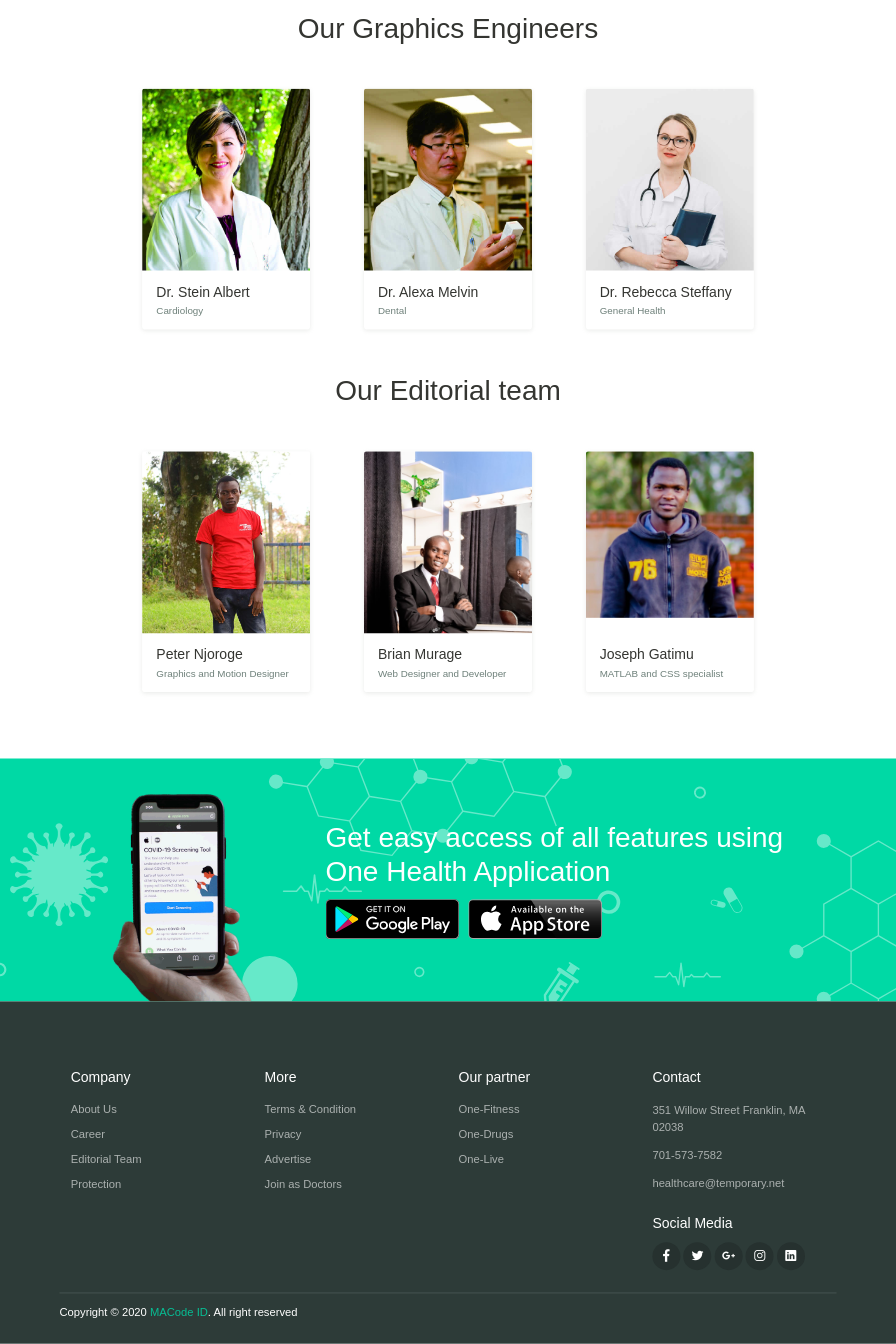
Repository: profbkmurage/myWeb
Page: html/about.html
An editor plug-in stored every save of this project. The page is shown before and after the next save, followed by the edit.
The browser window is 1280 px wide. The pictures show the part of the page from y = 1851 to 3771 px (the page is 3771 px tall before and 3424 px after), at 70% of full size.

Above is the page before, as saved 2023-12-11 13:58:09.

### html/about.html
<!DOCTYPE html>
<html lang="en">
<head>
  <meta charset="UTF-8">
  <meta name="viewport" content="width=device-width, initial-scale=1.0">

  <meta http-equiv="X-UA-Compatible" content="ie=edge">

  <title>M&M Website</title>

  <link rel="stylesheet" href="../assets/css/maicons.css">

  <link rel="stylesheet" href="../assets/css/bootstrap.css">

  <link rel="stylesheet" href="../assets/vendor/owl-carousel/css/owl.carousel.css">

  <link rel="stylesheet" href="../assets/vendor/animate/animate.css">

  <link rel="stylesheet" href="../assets/css/theme.css">
</head>
<body>

  <!-- Back to top button -->
  <div class="back-to-top"></div>

  <header>
    <div class="topbar">
      <div class="container">
        <div class="row">
          <div class="col-sm-8 text-sm">
            <div class="site-info">
              <a href="tel:0745755893" ><span class="mai-call text-primary"></span> +254745755893</a>
              <span class="divider">|</span>
              <a href="#"><span class="mai-mail text-primary"></span> pnjoroge@gmail.com</a>
            </div>
          </div>
          <div class="col-sm-4 text-right text-sm">
            <div class="social-mini-button">
              <a href="#"><span class="mai-logo-facebook-f"></span></a>
              <a href="#"><span class="mai-logo-twitter"></span></a>
              <a href="#"><span class="mai-logo-dribbble"></span></a>
              <a href="#"><span class="mai-logo-instagram"></span></a>
            </div>
          </div>
        </div> <!-- .row -->
      </div> <!-- .container -->
    </div> <!-- .topbar -->

    <nav class="navbar navbar-expand-lg navbar-light shadow-sm">
      <div class="container">
        <a class="navbar-brand" href="#"><span class="text-primary">P And</span> Associates Media</a>

        <!-- <form action="#">
          <div class="input-group input-navbar">
            <div class="input-group-prepend">
              <span class="input-group-text" id="icon-addon1"><span class="mai-search"></span></span>
            </div>
            <input type="text" class="form-control" placeholder="Enter keyword.." aria-label="Username" aria-describedby="icon-addon1">
          </div>
        </form> -->

        <button class="navbar-toggler" type="button" data-toggle="collapse" data-target="#navbarSupport" aria-controls="navbarSupport" aria-expanded="false" aria-label="Toggle navigation">
          <span class="navbar-toggler-icon"></span>
        </button>

        <div class="collapse navbar-collapse" id="navbarSupport">
          <ul class="navbar-nav ml-auto">
            <li class="nav-item active">
              <a class="nav-link" href="index.html">Home</a>
            </li>
            <li class="nav-item">
              <a class="nav-link" href="about.html">About Us</a>
            </li>
            <li class="nav-item">
              <a class="nav-link" href="work.html">Our work</a>
            </li>
            <li class="nav-item">
              <a class="nav-link" href="blog.html">News</a>
            </li>
            <li class="nav-item">
              <a class="nav-link" href="contact.html">Contact</a>
            </li>
            <!-- <li class="nav-item">
              <a class="btn btn-primary ml-lg-3" href="#">Login / Register</a>
            </li> -->
          </ul>
        </div> <!-- .navbar-collapse -->
      </div> <!-- .container -->
    </nav>
  </header>

  <div class="page-banner overlay-dark bg-image" style="background-image: url(../assets/img/bg_image_1.jpg);">
    <div class="banner-section">
      <div class="container text-center wow fadeInUp">
        <nav aria-label="Breadcrumb">
          <ol class="breadcrumb breadcrumb-dark bg-transparent justify-content-center py-0 mb-2">
            <li class="breadcrumb-item"><a href="index.html">Home</a></li>
            <li class="breadcrumb-item active" aria-current="page">About</li>
          </ol>
        </nav>
        <h1 class="font-weight-normal">About Us</h1>
      </div> <!-- .container -->
    </div> <!-- .banner-section -->
  </div> <!-- .page-banner -->

    <div class="page-section bg-light py-3 mt-md-n5 custom-index">
      <div class="container">
        <div class="row justify-content-center">
          <div class="col-md-4 py-3 py-md-0">
            <div class="card-service wow fadeInUp">
              <div class="circle-shape bg-secondary text-white">
                <span class="mai-chatbubbles-outline"></span>
              </div>
              <p><span>Chat</span> with a designers</p>
            </div>
          </div>
          <div class="col-md-4 py-3 py-md-0">
            <div class="card-service wow fadeInUp">
              <div class="circle-shape bg-primary text-white">
                <span class="mai-shield-checkmark"></span>
              </div>
              <p><span>Make</span>-your orders now</p>
            </div>
          </div>
          <div class="col-md-4 py-3 py-md-0">
            <div class="card-service wow fadeInUp">
              <div class="circle-shape bg-accent text-white">
                <span class="mai-basket"></span>
              </div>
              <p><span>you ask</span>-we deliver</p>
            </div>
          </div>
        </div>
      </div>
    </div> <!-- .page-section -->

  <div class="page-section">
    <div class="container">
      <div class="row justify-content-center">
        <div class="col-lg-10 wow fadeInUp">
          <h1 class="text-center mb-3">Who are we?</h1>
          <div class="text-lg">
            <p>Lorem ipsum dolor sit amet consectetur adipisicing elit. Nesciunt neque sit, explicabo vero nulla animi nemo quae cumque, eaque pariatur eum ut maxime! Tenetur aperiam maxime iure explicabo aut consequuntur. Lorem ipsum dolor sit amet consectetur adipisicing elit. Nesciunt neque sit, explicabo vero nulla animi nemo quae cumque, eaque pariatur eum ut maxime! Tenetur aperiam maxime iure explicabo aut consequuntur.</p>
            <p>Expedita iusto sunt beatae esse id nihil voluptates magni, excepturi distinctio impedit illo, incidunt iure facilis atque, inventore reprehenderit quidem aliquid recusandae. Lorem ipsum dolor sit amet consectetur adipisicing elit. Laudantium quod ad sequi atque accusamus deleniti placeat dignissimos illum nulla voluptatibus vel optio, molestiae dolore velit iste maxime, nobis odio molestias!</p>
          </div>
        </div>
        <div class="col-lg-10 wow fadeInUp">
          <h1 class="text-center mb-3">where we began</h1>
          <div class="text-lg">
            <p>Lorem ipsum dolor sit amet consectetur adipisicing elit. Nesciunt neque sit, explicabo vero nulla animi nemo quae cumque, eaque pariatur eum ut maxime! Tenetur aperiam maxime iure explicabo aut consequuntur. Lorem ipsum dolor sit amet consectetur adipisicing elit. Nesciunt neque sit, explicabo vero nulla animi nemo quae cumque, eaque pariatur eum ut maxime! Tenetur aperiam maxime iure explicabo aut consequuntur.</p>
            <p>Expedita iusto sunt beatae esse id nihil voluptates magni, excepturi distinctio impedit illo, incidunt iure facilis atque, inventore reprehenderit quidem aliquid recusandae. Lorem ipsum dolor sit amet consectetur adipisicing elit. Laudantium quod ad sequi atque accusamus deleniti placeat dignissimos illum nulla voluptatibus vel optio, molestiae dolore velit iste maxime, nobis odio molestias!</p>
          </div>
        </div>
        <div class="col-lg-10 wow fadeInUp">
          <h1 class="text-center mb-3">what we do</h1>
          <div class="text-lg">
            <p>Lorem ipsum dolor sit amet consectetur adipisicing elit. Nesciunt neque sit, explicabo vero nulla animi nemo quae cumque, eaque pariatur eum ut maxime! Tenetur aperiam maxime iure explicabo aut consequuntur. Lorem ipsum dolor sit amet consectetur adipisicing elit. Nesciunt neque sit, explicabo vero nulla animi nemo quae cumque, eaque pariatur eum ut maxime! Tenetur aperiam maxime iure explicabo aut consequuntur.</p>
            <p>Expedita iusto sunt beatae esse id nihil voluptates magni, excepturi distinctio impedit illo, incidunt iure facilis atque, inventore reprehenderit quidem aliquid recusandae. Lorem ipsum dolor sit amet consectetur adipisicing elit. Laudantium quod ad sequi atque accusamus deleniti placeat dignissimos illum nulla voluptatibus vel optio, molestiae dolore velit iste maxime, nobis odio molestias!</p>
          </div>
        </div>
        <div class="col-lg-10 wow fadeInUp">
          <h1 class="text-center mb-3">Why us</h1>
          <div class="text-lg">
            <p>Lorem ipsum dolor sit amet consectetur adipisicing elit. Nesciunt neque sit, explicabo vero nulla animi nemo quae cumque, eaque pariatur eum ut maxime! Tenetur aperiam maxime iure explicabo aut consequuntur. Lorem ipsum dolor sit amet consectetur adipisicing elit. Nesciunt neque sit, explicabo vero nulla animi nemo quae cumque, eaque pariatur eum ut maxime! Tenetur aperiam maxime iure explicabo aut consequuntur.</p>
            <p>Expedita iusto sunt beatae esse id nihil voluptates magni, excepturi distinctio impedit illo, incidunt iure facilis atque, inventore reprehenderit quidem aliquid recusandae. Lorem ipsum dolor sit amet consectetur adipisicing elit. Laudantium quod ad sequi atque accusamus deleniti placeat dignissimos illum nulla voluptatibus vel optio, molestiae dolore velit iste maxime, nobis odio molestias!</p>
          </div>
        </div>
        <div class="col-lg-10 mt-5">
          <h1 class="text-center mb-5 wow fadeInUp">Our Graphics Engineers</h1>
          <div class="row justify-content-center">
            <div class="col-md-6 col-lg-4 wow zoomIn">
              <div class="card-doctor">
                <div class="header">
                  <img src="../assets/img/doctors/doctor_1.jpg" alt="">
                  <div class="meta">
                    <a href="#"><span class="mai-call"></span></a>
                    <a href="#"><span class="mai-logo-whatsapp"></span></a>
                  </div>
                </div>
                <div class="body">
                  <p class="text-xl mb-0">Dr. Stein Albert</p>
                  <span class="text-sm text-grey">Cardiology</span>
                </div>
              </div>
            </div>
            <div class="col-md-6 col-lg-4 wow zoomIn">
              <div class="card-doctor">
                <div class="header">
                  <img src="../assets/img/doctors/doctor_2.jpg" alt="">
                  <div class="meta">
                    <a href="#"><span class="mai-call"></span></a>
                    <a href="#"><span class="mai-logo-whatsapp"></span></a>
                  </div>
                </div>
                <div class="body">
                  <p class="text-xl mb-0">Dr. Alexa Melvin</p>
                  <span class="text-sm text-grey">Dental</span>
                </div>
              </div>
            </div>
            <div class="col-md-6 col-lg-4 wow zoomIn">
              <div class="card-doctor">
                <div class="header">
                  <img src="../assets/img/doctors/doctor_3.jpg" alt="">
                  <div class="meta">
                    <a href="#"><span class="mai-call"></span></a>
                    <a href="#"><span class="mai-logo-whatsapp"></span></a>
                  </div>
                </div>
                <div class="body">
                  <p class="text-xl mb-0">Dr. Rebecca Steffany</p>
                  <span class="text-sm text-grey">General Health</span>
                </div>
              </div>
            </div>

          </div>
        </div>
        <div class="col-lg-10 mt-5">
          <h1 class="text-center mb-5 wow fadeInUp">Our Editorial team</h1>
          <div class="row justify-content-center">
            <div class="col-md-6 col-lg-4 wow zoomIn">
              <div class="card-doctor">
                <div class="header">
                  <img src="../assets/img/peter.jpg" alt="">
                  <div class="meta">
                    <a href="#"><span class="mai-call"></span></a>
                    <a href="#"><span class="mai-logo-whatsapp"></span></a>
                  </div>
                </div>
                <div class="body">
                  <p class="text-xl mb-0">Peter Njoroge</p>
                  <span class="text-sm text-grey">Graphics and Motion Designer</span>
                </div>
              </div>
            </div>
            <div class="col-md-6 col-lg-4 wow zoomIn">
              <div class="card-doctor">
                <div class="header">
                  <img src="../assets/img/IMG-20211219-WA0004.jpg" alt="">
                  <div class="meta">
                    <a href="#"><span class="mai-call"></span></a>
                    <a href="#"><span class="mai-logo-whatsapp"></span></a>
                  </div>
                </div>
                <div class="body">
                  <p class="text-xl mb-0">Brian Murage</p>
                  <span class="text-sm text-grey">Web Designer and Developer</span>
                </div>
              </div>
            </div>
            <div class="col-md-6 col-lg-4 wow zoomIn">
              <div class="card-doctor">
                <div class="header">
                  <img src="../assets/img/Joseph.jpg" alt="">
                  <div class="meta">
                    <a href="#"><span class="mai-call"></span></a>
                    <a href="#"><span class="mai-logo-whatsapp"></span></a>
                  </div>
                </div>
                <div class="body">
                  <p class="text-xl mb-0">Joseph Gatimu</p>
                  <span class="text-sm text-grey">MATLAB and CSS specialist</span>
                </div>
              </div>
            </div>
          </div>
        </div>
      </div>
    </div>
  </div>

  <div class="page-section banner-home bg-image" style="background-image: url(../assets/img/banner-pattern.svg);">
    <div class="container py-5 py-lg-0">
      <div class="row align-items-center">
        <div class="col-lg-4 wow zoomIn">
          <div class="img-banner d-none d-lg-block">
            <img src="../assets/img/mobile_app.png" alt="">
          </div>
        </div>
        <div class="col-lg-8 wow fadeInRight">
          <h1 class="font-weight-normal mb-3">Get easy access of all features using One Health Application</h1>
          <a href="#"><img src="../assets/img/google_play.svg" alt=""></a>
          <a href="#" class="ml-2"><img src="../assets/img/app_store.svg" alt=""></a>
        </div>
      </div>
    </div>
  </div> <!-- .banner-home -->

  <footer class="page-footer">
    <div class="container">
      <div class="row px-md-3">
        <div class="col-sm-6 col-lg-3 py-3">
          <h5>Company</h5>
          <ul class="footer-menu">
            <li><a href="#">About Us</a></li>
            <li><a href="#">Career</a></li>
            <li><a href="#">Editorial Team</a></li>
            <li><a href="#">Protection</a></li>
          </ul>
        </div>
        <div class="col-sm-6 col-lg-3 py-3">
          <h5>More</h5>
          <ul class="footer-menu">
            <li><a href="#">Terms & Condition</a></li>
            <li><a href="#">Privacy</a></li>
            <li><a href="#">Advertise</a></li>
            <li><a href="#">Join as Doctors</a></li>
          </ul>
        </div>
        <div class="col-sm-6 col-lg-3 py-3">
          <h5>Our partner</h5>
          <ul class="footer-menu">
            <li><a href="#">One-Fitness</a></li>
            <li><a href="#">One-Drugs</a></li>
            <li><a href="#">One-Live</a></li>
          </ul>
        </div>
        <div class="col-sm-6 col-lg-3 py-3">
          <h5>Contact</h5>
          <p class="footer-link mt-2">351 Willow Street Franklin, MA 02038</p>
          <a href="#" class="footer-link">701-573-7582</a>
          <a href="#" class="footer-link">healthcare@temporary.net</a>

          <h5 class="mt-3">Social Media</h5>
          <div class="footer-sosmed mt-3">
            <a href="#" target="_blank"><span class="mai-logo-facebook-f"></span></a>
            <a href="#" target="_blank"><span class="mai-logo-twitter"></span></a>
            <a href="#" target="_blank"><span class="mai-logo-google-plus-g"></span></a>
            <a href="#" target="_blank"><span class="mai-logo-instagram"></span></a>
            <a href="#" target="_blank"><span class="mai-logo-linkedin"></span></a>
          </div>
        </div>
      </div>

      <hr>

      <p id="copyright">Copyright &copy; 2020 <a href="https://macodeid.com/" target="_blank">MACode ID</a>. All right reserved</p>
    </div>
  </footer>

<script src="../assets/js/jquery-3.5.1.min.js"></script>

<script src="../assets/js/bootstrap.bundle.min.js"></script>

<script src="../assets/vendor/owl-carousel/js/owl.carousel.min.js"></script>

<script src="../assets/vendor/wow/wow.min.js"></script>

<script src="../assets/js/theme.js"></script>

</body>
</html>

Loaded but not shown: assets/css/bootstrap.css (library); assets/vendor/owl-carousel/css/owl.carousel.css (library); assets/vendor/animate/animate.css (library); assets/js/jquery-3.5.1.min.js (library); assets/js/bootstrap.bundle.min.js (library); assets/vendor/owl-carousel/js/owl.carousel.min.js (library); assets/vendor/wow/wow.min.js (library); assets/js/theme.js (65 lines, source omitted); assets/css/maicons.css (2634 lines, source omitted); assets/css/theme.css (1836 lines, source omitted)

After the next save:
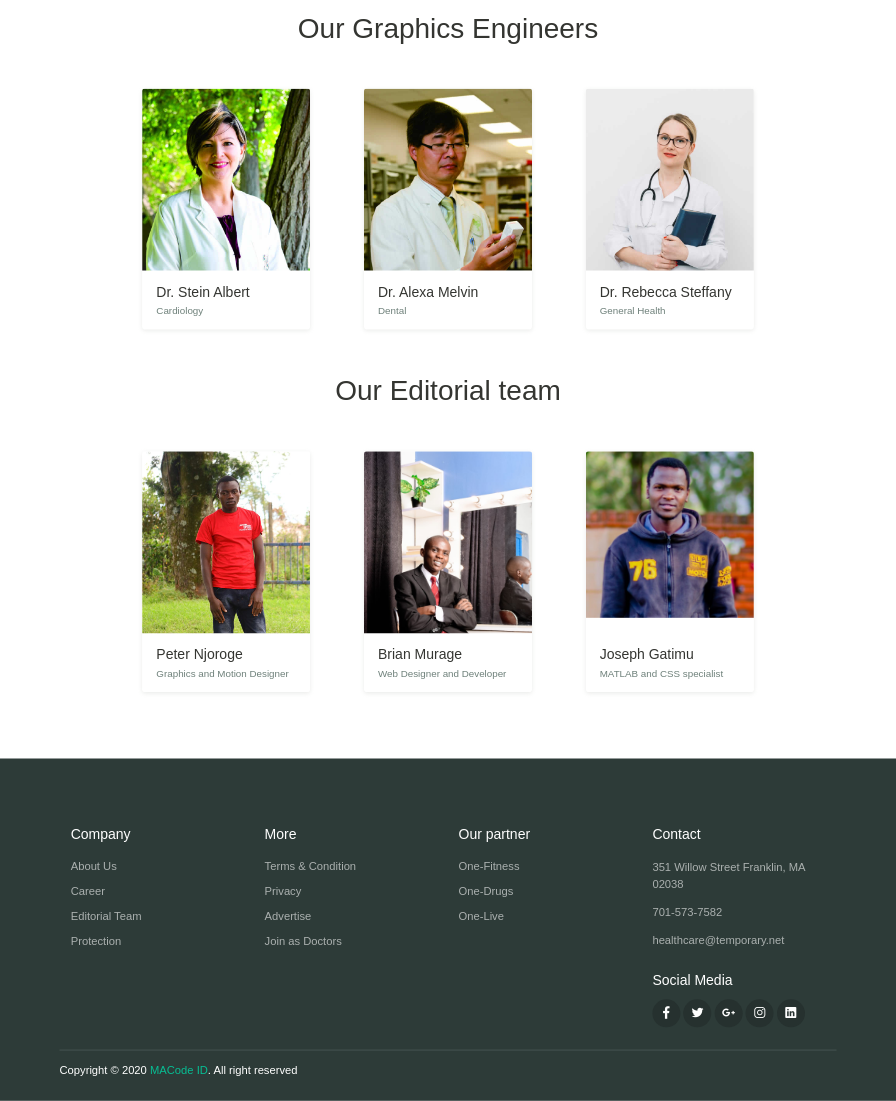
Saved 12 s later.
--- a/html/about.html
+++ b/html/about.html
@@ -270,7 +270,7 @@
     </div>
   </div>
 
-  <div class="page-section banner-home bg-image" style="background-image: url(../assets/img/banner-pattern.svg);">
+  <!-- <div class="page-section banner-home bg-image" style="background-image: url(../assets/img/banner-pattern.svg);">
     <div class="container py-5 py-lg-0">
       <div class="row align-items-center">
         <div class="col-lg-4 wow zoomIn">
@@ -285,7 +285,7 @@
         </div>
       </div>
     </div>
-  </div> <!-- .banner-home -->
+  </div> .banner-home -->
 
   <footer class="page-footer">
     <div class="container">
